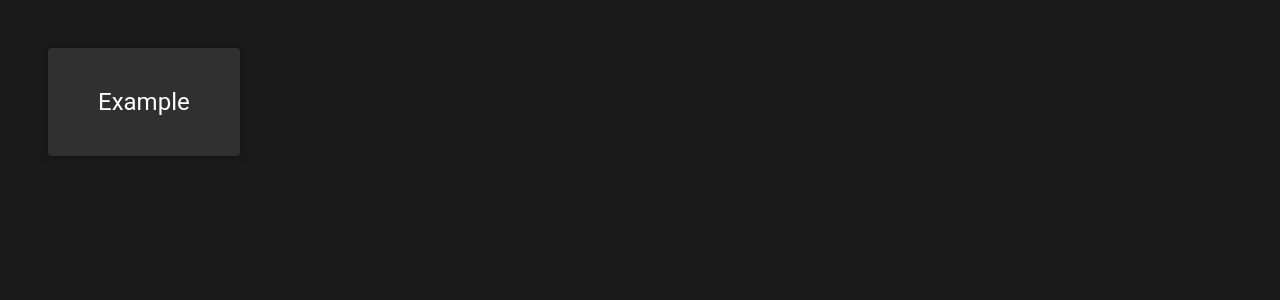
Repository: Folody-Team/Patery-UI
Page: example/index.html
An editor plug-in stored every save of this project. The page is shown before and after the next save, followed by the edit.
The browser window is 1280 px wide. The pictures show the whole page.

Above is the page before, as saved 2022-01-17 12:43:47.

After the next save:
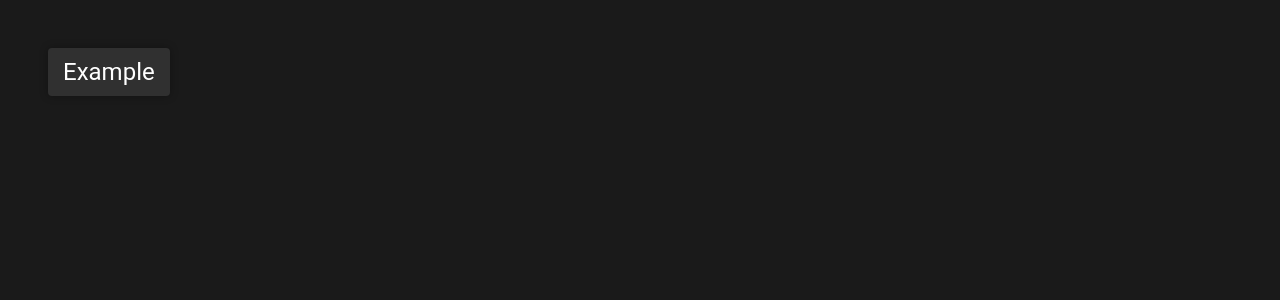
Saved 89 s later.
--- a/example/index.html
+++ b/example/index.html
@@ -14,7 +14,7 @@
 </head>
 <body>
     <PateryPadding class="test" padV="40px" padH="40px">
-        <button padV="40px" padH="50px">Example</button>
+        <button padV="10px" padH="15px">Example</button>
     </PateryPadding>
    <script src="../patery.js"></script>
 </body>
